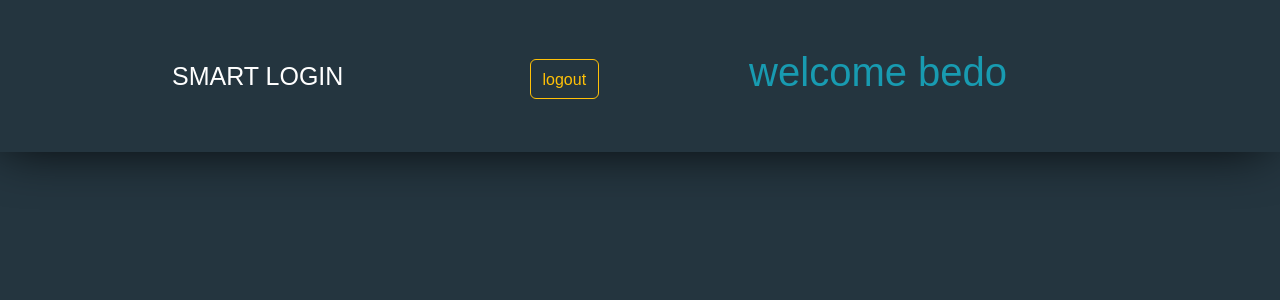
Repository: bodajava/TASK-4
Page: theerdIndex.html
These files come from the project's save history. The page is drawn as it stood at one moment and after the next save; the edit follows.
The browser window is 1280 px wide. The pictures show the whole page.

Above is the page before, as saved 2025-06-18 19:07:45.

After the next save:
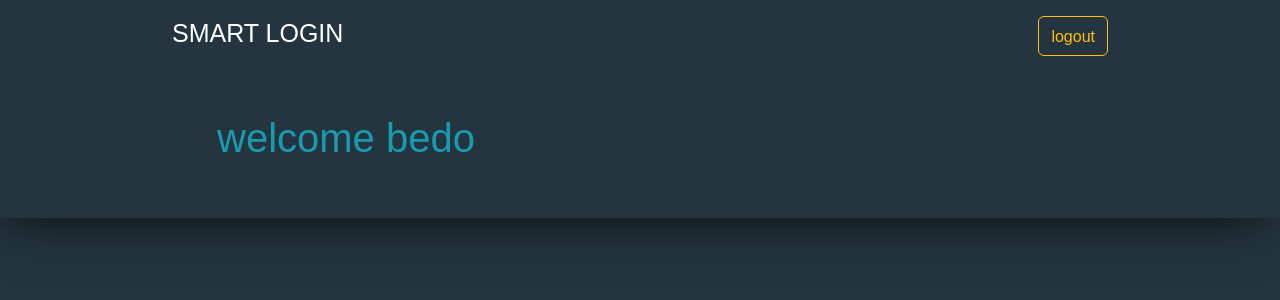
Saved 17 s later.
--- a/theerdIndex.html
+++ b/theerdIndex.html
@@ -41,11 +41,11 @@
             </ul>
           </div>
         </div>
+      </nav>
 
-        <div class="group m-auto w-75 p-5">
-          <h1 id="userName">welcome bedo</h1>
-        </div>
-      </nav>
+      <div class="group m-auto w-75 p-5">
+        <h1 id="userName">welcome bedo</h1>
+      </div>
     </div>
     <script src="js/bootstrap.bundle.min.js"></script>
     <script src="js/index.js"></script>
